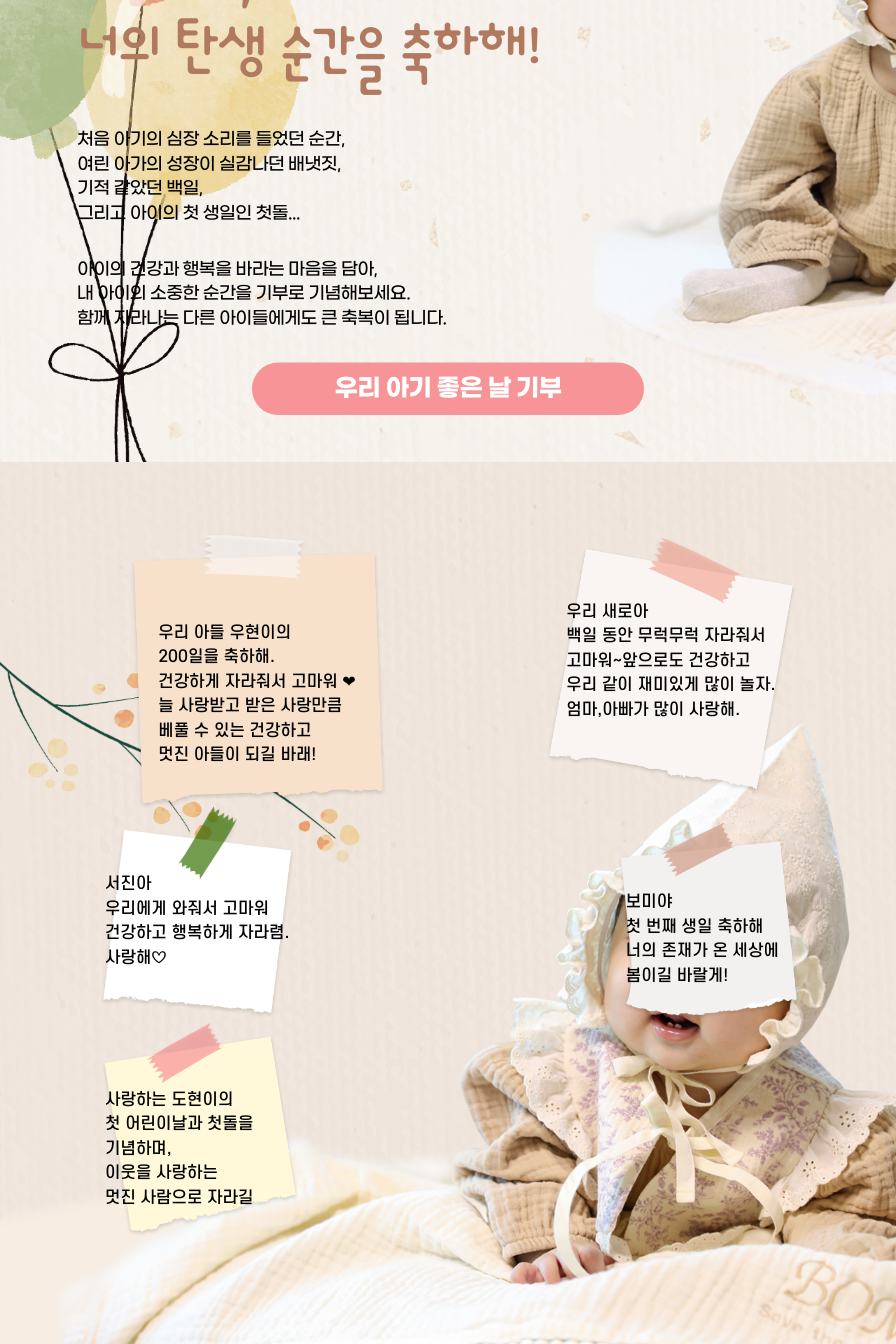
Repository: dlgywls1130/save_the_children
Page: index.html
The author's editor kept a copy of each file at every save. The page is drawn from the files as they stood at one save, then again after the next save.
The browser window is 1280 px wide. The pictures show the part of the page from y = 420 to 2340 px (the page is 4840 px tall), at 70% of full size.

Above is the page before, as saved 2023-12-12 22:19:57.

After the next save:
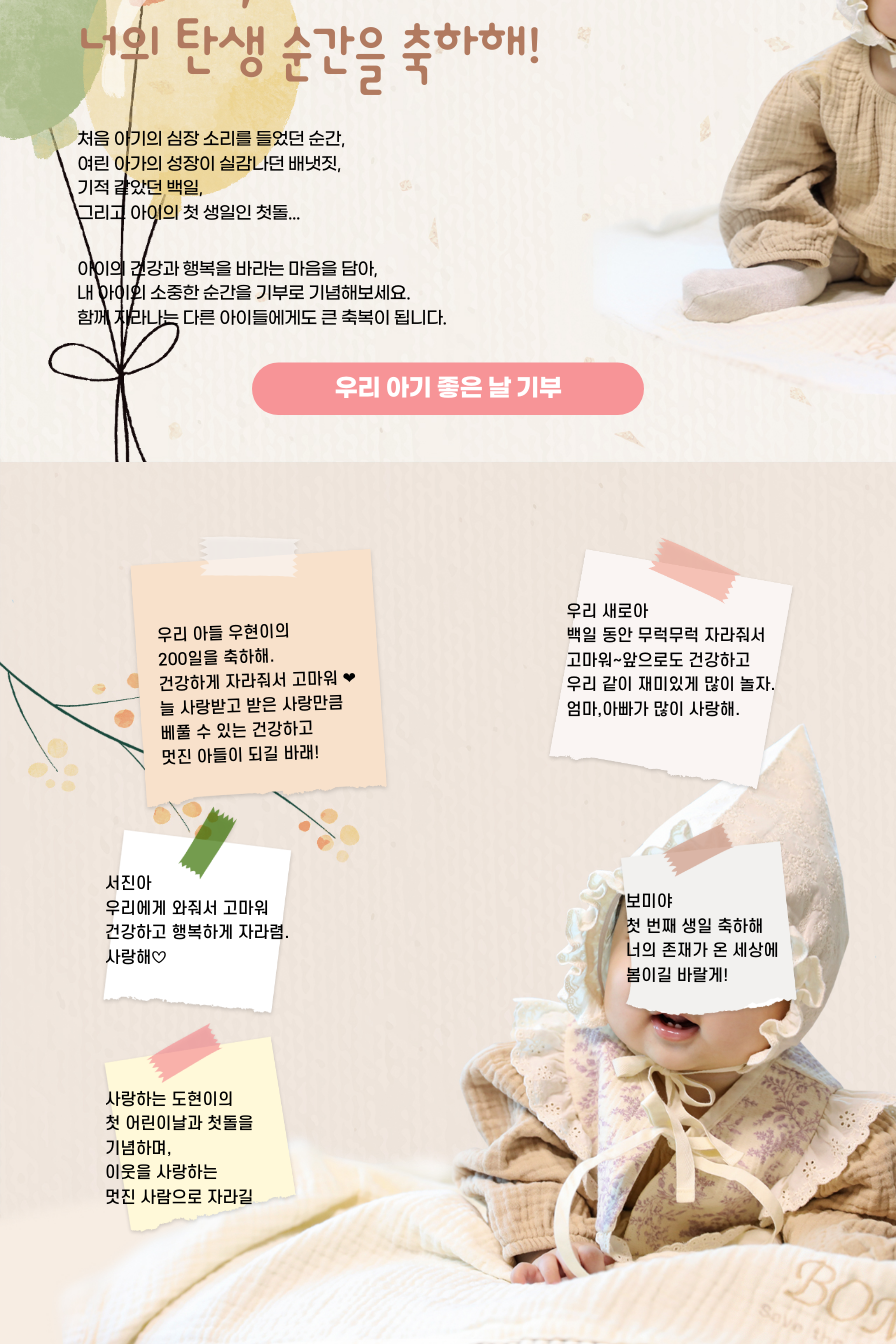
Saved 22 s later.
--- a/css/style.css
+++ b/css/style.css
@@ -242,6 +242,7 @@
     box-sizing: border-box;
     left: 40px;
     top: 0;
+    transform: rotate(358deg);
 }
 
 .postit02{
